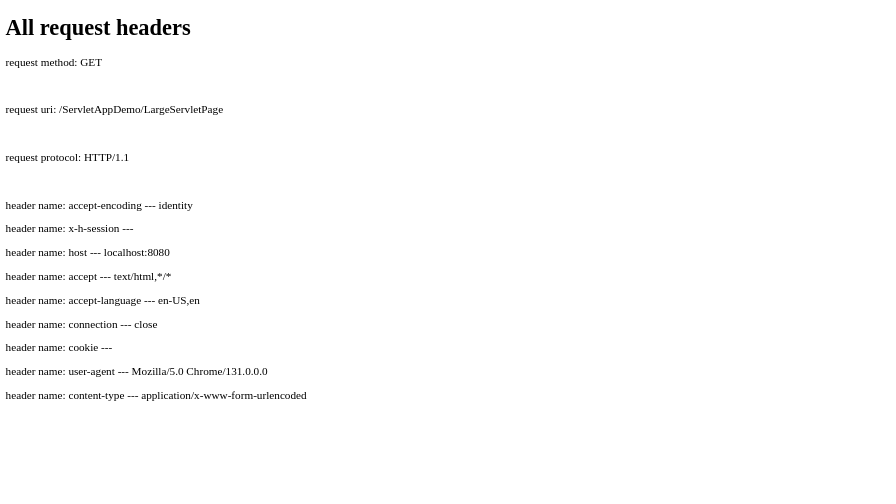
Repository: devjackluo/Java-Servlet-Demo
Page: http://localhost/ServletAppDemo/LargeServletPage
An editor plug-in stored every save of this project. The page is shown before and after the next save, followed by the edit.
The browser window is 1280 px wide. The pictures show the part of the page from y = 0 to 1920 px (the page is 720 px tall before and 18088 px after), at 70% of full size.
The page is served by Tomcat 9. Other server files are loaded and not shown.

Above is the page before, as saved 2019-02-01 19:43:20.

### ServletAppDemo/src/com/jack/demos/LargeServletPage.java
package com.jack.demos;

import java.io.IOException;
import java.io.PrintWriter;
import java.util.Enumeration;

import javax.servlet.ServletException;
import javax.servlet.annotation.WebServlet;
import javax.servlet.http.HttpServlet;
import javax.servlet.http.HttpServletRequest;
import javax.servlet.http.HttpServletResponse;

/**
 * Servlet implementation class LargeServletPage
 */
@WebServlet("/LargeServletPage")
public class LargeServletPage extends HttpServlet {
	private static final long serialVersionUID = 1L;

    /**
     * @see HttpServlet#HttpServlet()
     */
    public LargeServletPage() {
        super();
        // TODO Auto-generated constructor stub
    }

	/**
	 * @see HttpServlet#doGet(HttpServletRequest request, HttpServletResponse response)
	 */
	protected void doGet(HttpServletRequest request, HttpServletResponse response) throws ServletException, IOException {
		// TODO Auto-generated method stub
		//response.getWriter().append("Served at: ").append(request.getContextPath());
		response.setContentType("text/html");
		PrintWriter out = response.getWriter();

		String dummyLine = "Lorem Lorem Sum";

		out.println("<!Doctype HTML>");
		out.println("<html>");
		out.println("<head>");
		out.println("<title>Demo</title>");
		out.println("</head>");
		out.println("<body>");
		out.println("<h1>All request headers</h1>");

		out.println("<p>request method: " + request.getMethod() + "</p><br>");
		out.println("<p>request uri: " + request.getRequestURI() + "</p><br>");
		out.println("<p>request protocol: " + request.getProtocol() + "</p><br>");

		Enumeration<String> headerNames = request.getHeaderNames();
		while(headerNames.hasMoreElements()) {
			String headerName = headerNames.nextElement();
			out.println("<p>header name: " + headerName + " --- "+ request.getHeader(headerName) + "</p>");
		}

		out.println("</body>");
		out.println("</html>");
		out.close();

	}

	/**
	 * @see HttpServlet#doPost(HttpServletRequest request, HttpServletResponse response)
	 */
	protected void doPost(HttpServletRequest request, HttpServletResponse response) throws ServletException, IOException {
		// TODO Auto-generated method stub
		doGet(request, response);
	}

}

After the next save:
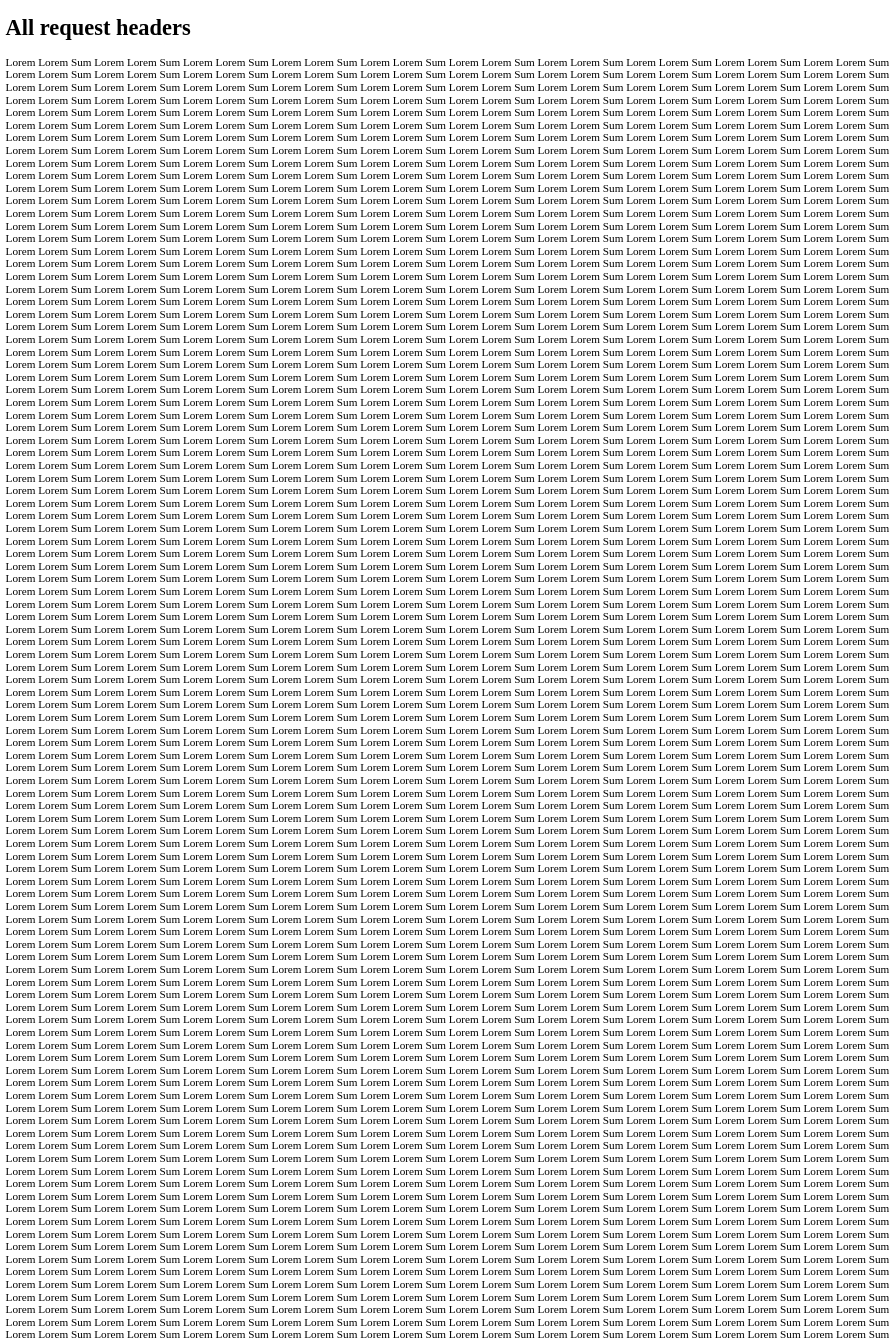
Saved 70 s later.
--- a/ServletAppDemo/src/com/jack/demos/LargeServletPage.java
+++ b/ServletAppDemo/src/com/jack/demos/LargeServletPage.java
@@ -44,14 +44,8 @@ public class LargeServletPage extends HttpServlet {
 		out.println("<body>");
 		out.println("<h1>All request headers</h1>");
 
-		out.println("<p>request method: " + request.getMethod() + "</p><br>");
-		out.println("<p>request uri: " + request.getRequestURI() + "</p><br>");
-		out.println("<p>request protocol: " + request.getProtocol() + "</p><br>");
-
-		Enumeration<String> headerNames = request.getHeaderNames();
-		while(headerNames.hasMoreElements()) {
-			String headerName = headerNames.nextElement();
-			out.println("<p>header name: " + headerName + " --- "+ request.getHeader(headerName) + "</p>");
+		for(int i = 0; i < 10000; i++) {
+			out.println(dummyLine);
 		}
 
 		out.println("</body>");
